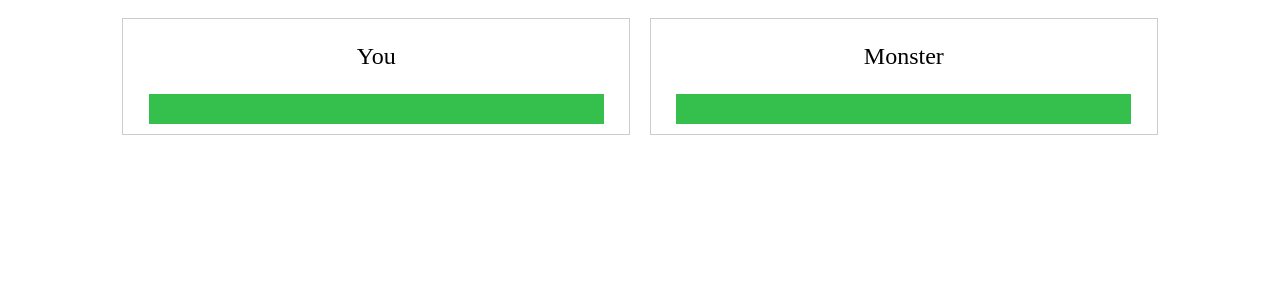
Repository: jakublack/game-fight-vue
Page: /
The author's editor kept a copy of each file at every save. The page is drawn from the files as they stood at one save, then again after the next save.
The browser window is 1280 px wide. The pictures show the whole page.
The project was rebuilt for these pictures with package versions that can differ from the ones it lists, and the page was loaded fresh each time.

Above is the page before, as saved 2018-08-08 20:45:54.

### public/index.html
<!DOCTYPE html>
<html lang="en">
  <head>
    <meta charset="utf-8">
    <meta http-equiv="X-UA-Compatible" content="IE=edge">
    <meta name="viewport" content="width=device-width,initial-scale=1.0">
    <link rel="icon" href="<%= BASE_URL %>favicon.ico">
    <title>game-app</title>
  </head>
  <body>
    <noscript>
      <strong>We're sorry but game-app doesn't work properly without JavaScript enabled. Please enable it to continue.</strong>
    </noscript>
    <div id="app"></div>
    <!-- built files will be auto injected -->
  </body>
</html>

### src/components/Game.vue
<template>
  <div class="wrapper--app">
    <div class="wrapper--person">
      <div class="person--player">
        <p>You</p>
        <div class="person--health player--health"></div>
      </div>
      <div class="person--player">
        <p>Monster</p>
        <div class="person--health monster--health"></div>
      </div>
    </div>


  </div>

</template>

<script>
export default {
  name: 'Game',

}
</script>

<!-- Add "scoped" attribute to limit CSS to this component only -->
<style scss scoped>

.wrapper--person {
  text-align: center;
}

.person--player {
  width: 40%;
  display: inline-block;
  margin: 10px;
  text-align: center;
  border: 1px solid #ccc;
}

.person--player p {
  font-size: 24px;
}

.person--health {
  width: 90%;
  height: 30px;
  margin: 10px auto;
  background-color: #35BF4D;

}



</style>

Loaded but not shown: src/main.js (common file); src/App.vue (common file)

After the next save:
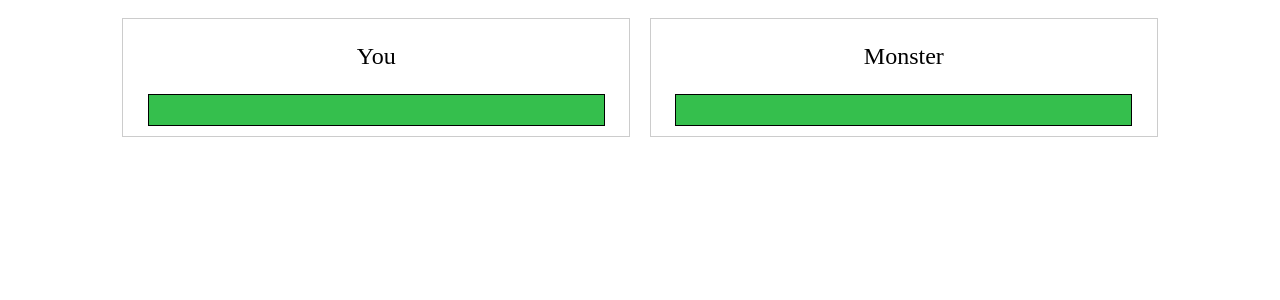
Saved 12 s later.
--- a/src/components/Game.vue
+++ b/src/components/Game.vue
@@ -47,6 +47,7 @@ export default {
   height: 30px;
   margin: 10px auto;
   background-color: #35BF4D;
+  border: 1px solid #000;
 
 }
 
